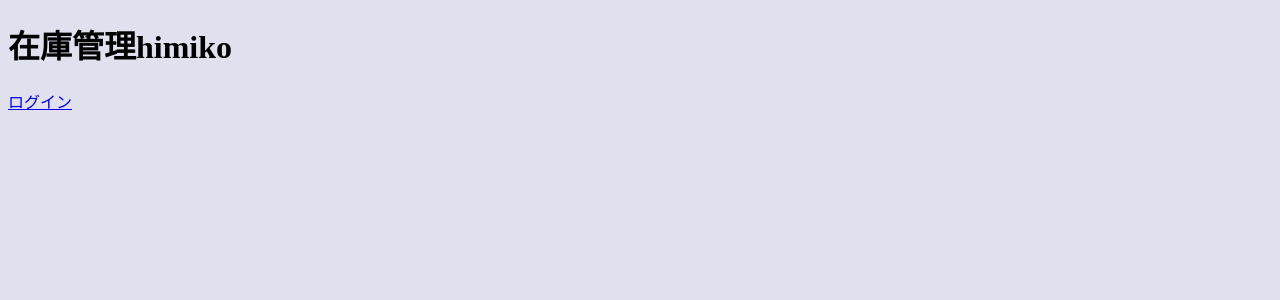
Repository: e1b19110/super
Page: src/main/resources/static/index.html
An editor plug-in stored every save of this project. The page is shown before and after a run of saves, followed by the edit.
The browser window is 1280 px wide. The pictures show the whole page.

Above is the page before, as saved 2021-11-30 18:42:07.

After the next 2 saves:
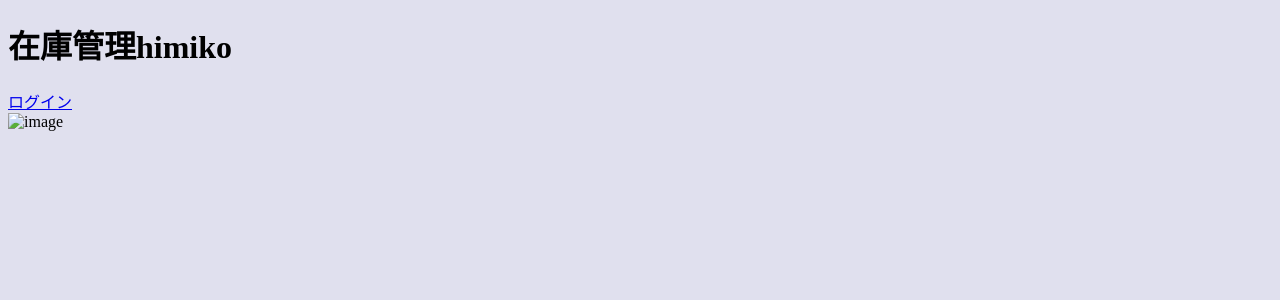
The 2 saves are shown as one change because they came seconds apart.
The last was saved 8 min 40 s later.
--- a/src/main/resources/static/index.html
+++ b/src/main/resources/static/index.html
@@ -15,7 +15,7 @@
   <h1>在庫管理himiko</h1>
 
   <div><a href="/himiko/login">ログイン</a></div>
-
+  <img th:src="@{/images/souko.png}" alt="image" width="300" height="200">
 </body>
 
 </html>

After the 3 saves that followed:
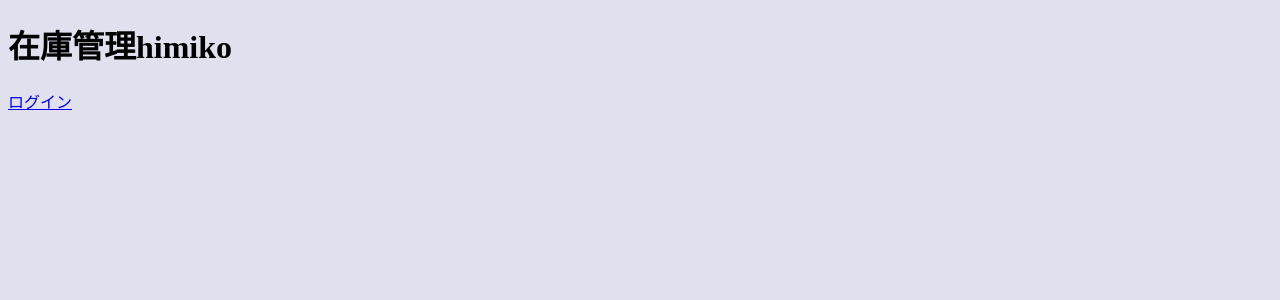
The 3 saves are shown as one change because 2 left the picture as it was.
The last was saved 4 min 49 s later.
--- a/src/main/resources/static/index.html
+++ b/src/main/resources/static/index.html
@@ -15,7 +15,7 @@
   <h1>在庫管理himiko</h1>
 
   <div><a href="/himiko/login">ログイン</a></div>
-  <img th:src="@{/images/souko.png}" alt="image" width="300" height="200">
+
 </body>
 
 </html>
